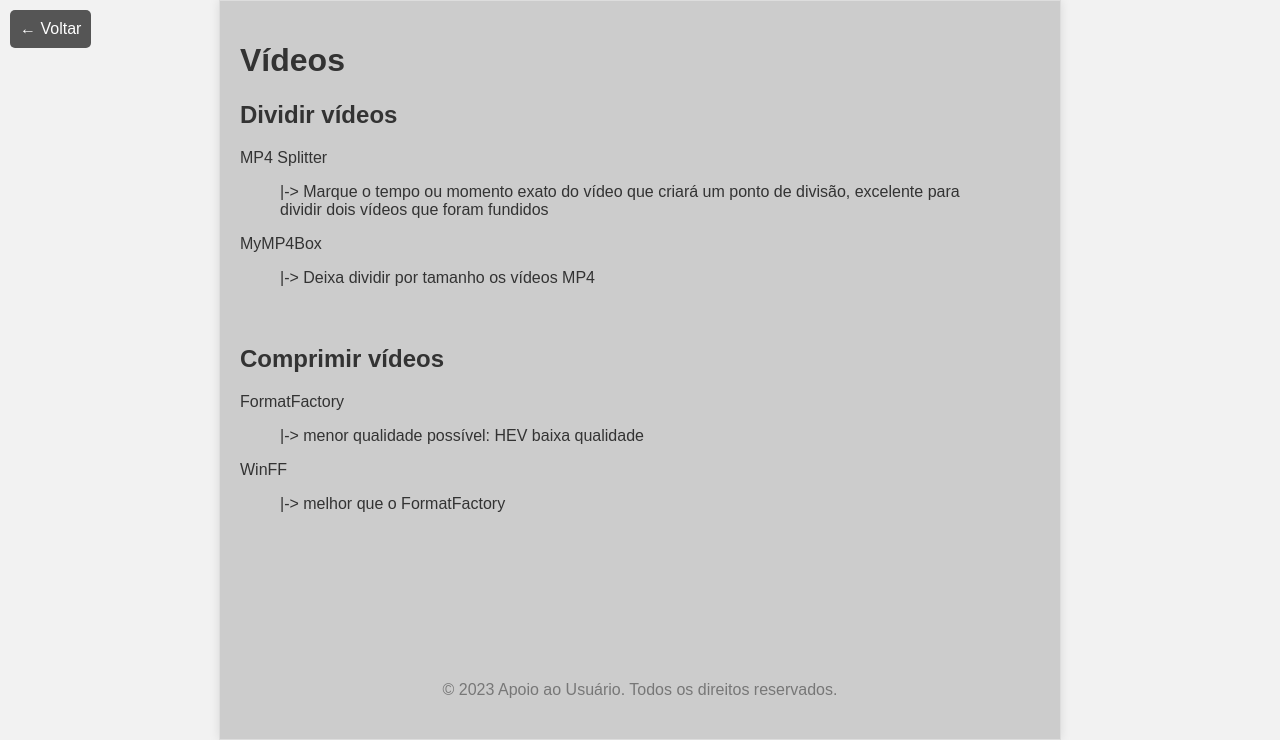
Repository: I4guito/dicasdez
Page: Dicas site/Dicas/sobrevideos.html
The author's editor kept a copy of each file at every save. The page is drawn from the files as they stood at one save, then again after the next save.
The browser window is 1280 px wide. The pictures show the whole page.

Above is the page before, as saved 2023-12-07 15:36:36.

After the next save:
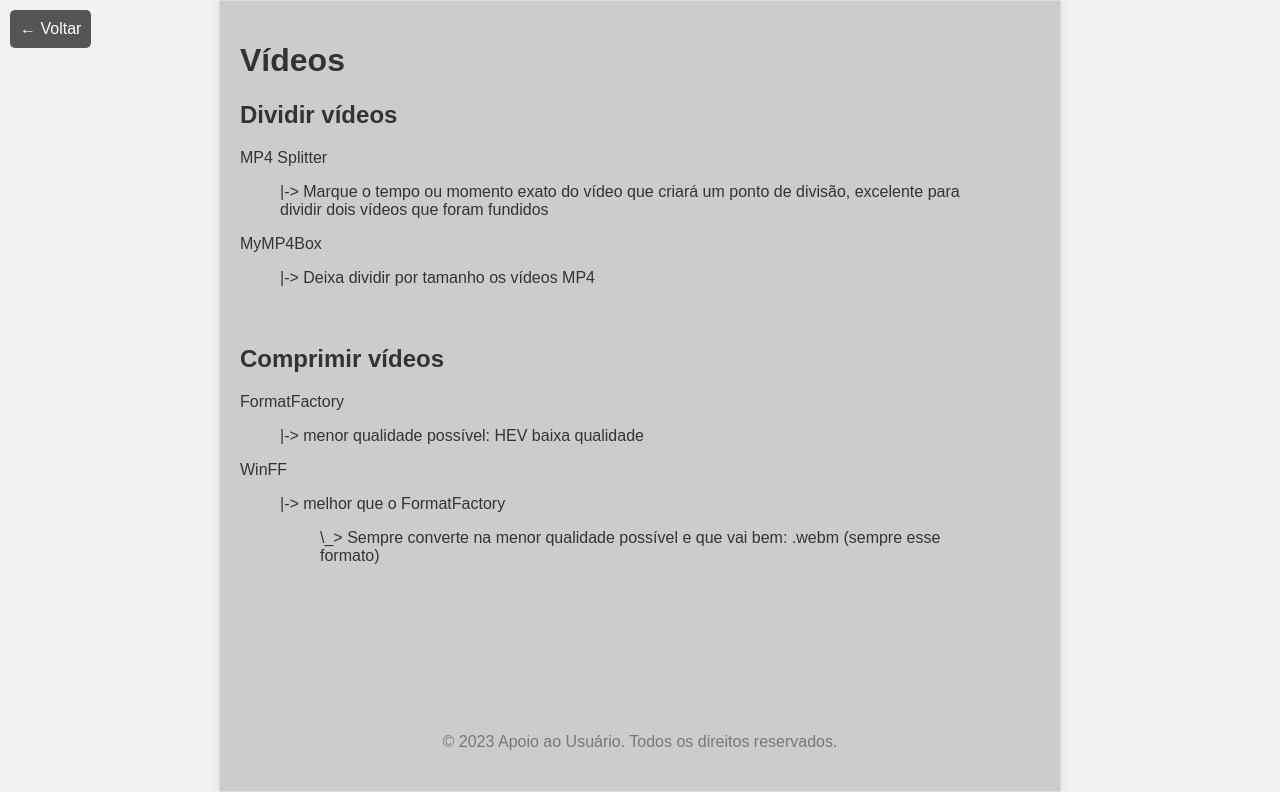
Saved 6 s later.
--- a/Dicas site/Dicas/sobrevideos.html
+++ b/Dicas site/Dicas/sobrevideos.html
@@ -33,7 +33,7 @@
                 </li>
                 <li>WinFF
                     <blockquote>|-> melhor que o FormatFactory
-                        <blockquote></blockquote>
+                        <blockquote>\_> Sempre converte na menor qualidade possível e que vai bem: .webm (sempre esse formato)</blockquote>
                     </blockquote>
                     <blockquote></blockquote>
                     <blockquote></blockquote>
